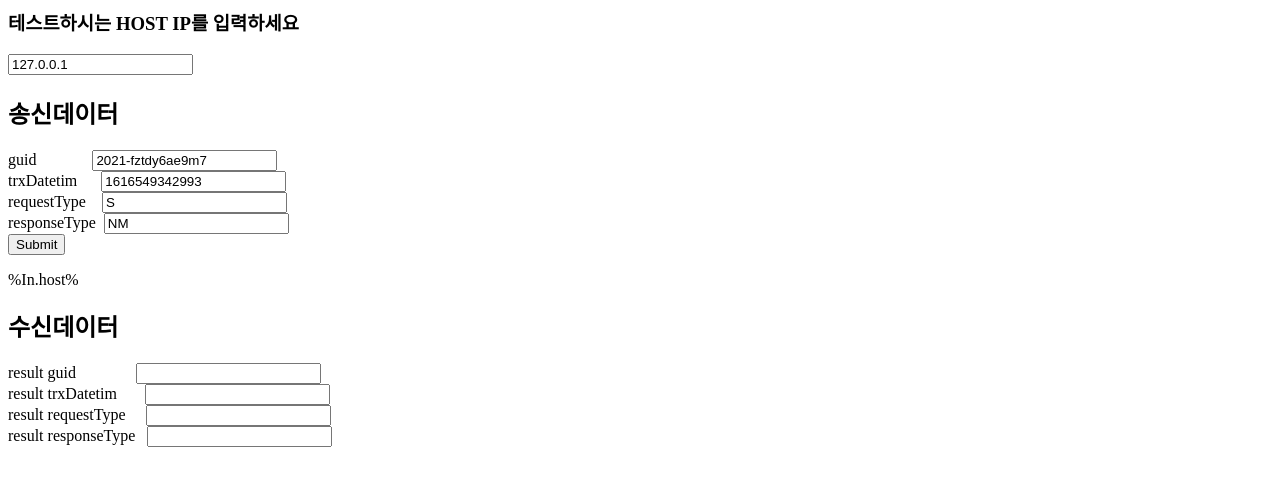
Repository: kchan75/kakaobank
Page: inserver/src/main/resources/static/index.html
These files come from the project's save history. The page is drawn as it stood at one moment and after the next save; the edit follows.
The browser window is 1280 px wide. The pictures show the whole page.

Above is the page before, as saved 2021-03-24 10:28:43.

After the next save:
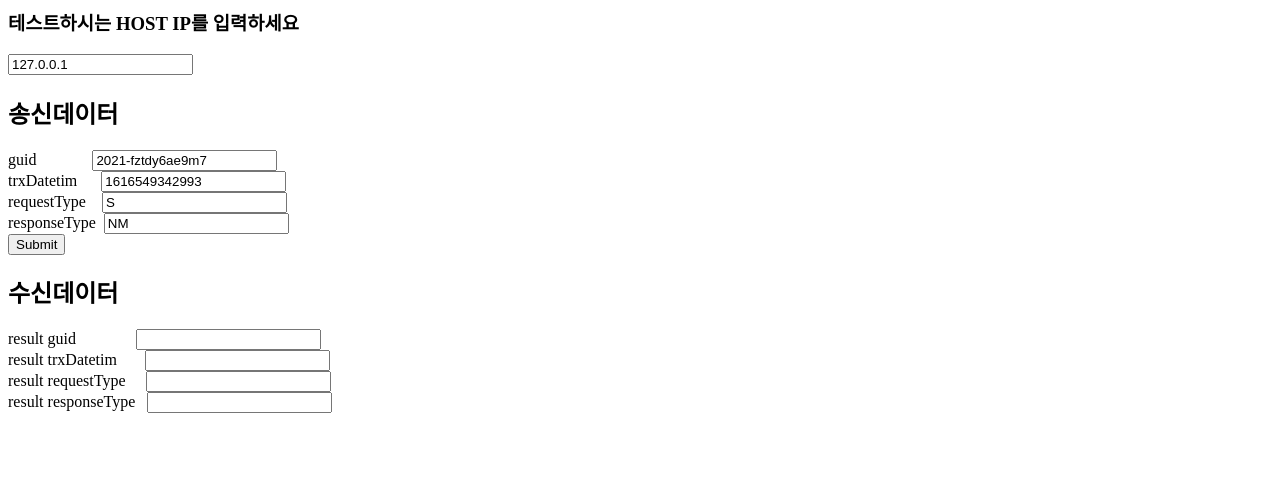
Saved 15 s later.
--- a/inserver/src/main/resources/static/index.html
+++ b/inserver/src/main/resources/static/index.html
@@ -29,7 +29,7 @@
 		<br/>
 		<input type="submit" onclick="setData()">
 	</form>
-	<p>%In.host%</p>
+
 	<h2>수신데이터</h2>
 	<div id="resCommon"></div>
 	<div id="resBiz"></div>
@@ -74,8 +74,6 @@
 
 		URL = document.querySelector("#sendHost").value
 		URL = 'http://' + URL + ":8080/kchan"
-		alert(URL)
-
 
         let response = fetch(URL, {
                 method: 'POST', // or 'PUT'
